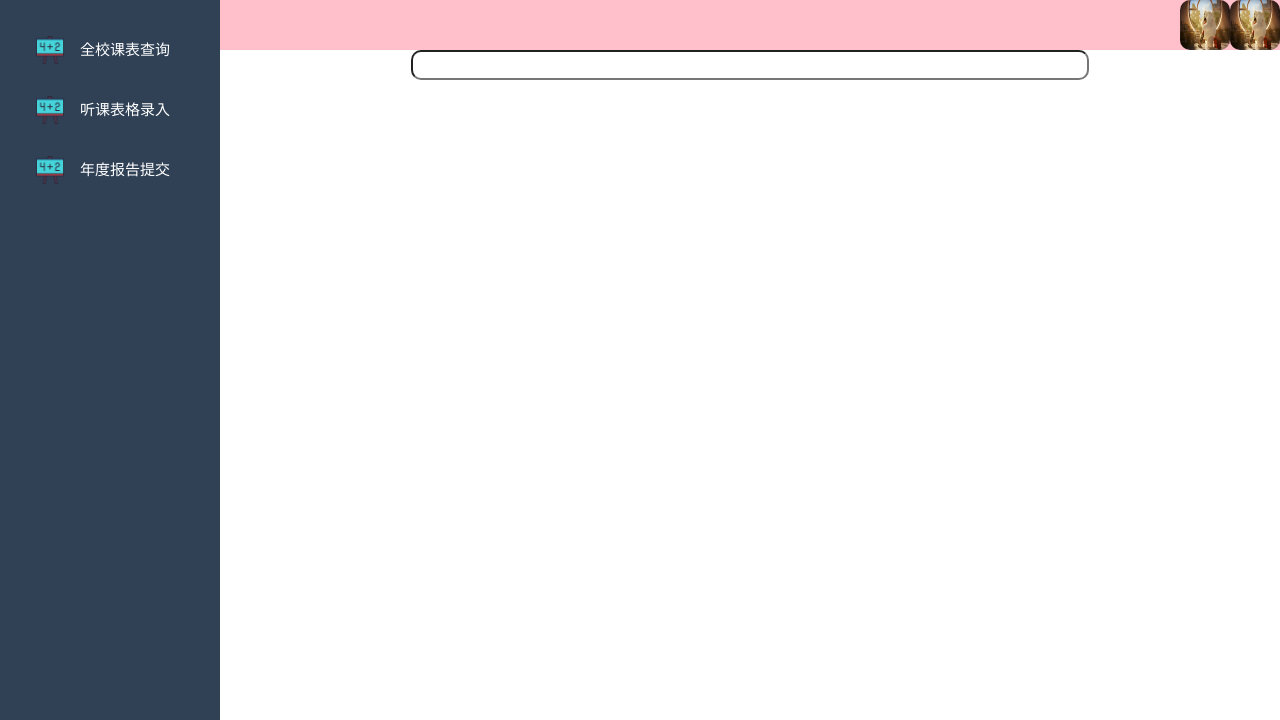
Repository: shandamengcheng/graduate-project
Page: /home
An editor plug-in stored every save of this project. The page is shown before and after the next save, followed by the edit.
The browser window is 1280 px wide. The pictures show the whole page.
The project was rebuilt for these pictures with package versions that can differ from the ones it lists, and the page was loaded fresh each time. Also part of the build but not shown: src/views/Login.vue.

Above is the page before, as saved 2021-03-11 17:19:59.

### src/App.vue
<template>
  <div id="app">
    <router-view/>
  </div>
</template>

<style>
* {
  margin: 0;
  padding: 0;
  -webkit-box-sizing: inherit;
  box-sizing: inherit;
}

#app, html, body{
  font-family: Avenir, Helvetica, Arial, sans-serif;
  -webkit-font-smoothing: antialiased;
  -moz-osx-font-smoothing: grayscale;
  text-align: center;
  color: #2c3e50;
  height: 100%;
  overflow: hidden;
}

</style>

### src/router/index.js
import Vue from 'vue'
import VueRouter from 'vue-router'
import Home from '../views/Home.vue'
import Login from '../views/Login.vue';
import Search from '../components/Search.vue';

Vue.use(VueRouter)

const routes = [
  {
    path: '/',
    name: 'Login',
    component: Login
  },
  {
    path: '/home',
    name: Home,
    component: Home,
    children:[
      {
        path: '/',
        name: 'Search',
        component: Search,
      },
      {
        path: 'search',
        name: 'Search',
        component: Search,
      }
    ]
  }
]

const router = new VueRouter({
  mode: 'history',
  base: process.env.BASE_URL,
  routes
})

export default router

### src/views/Home.vue
<template>
  <div class="home">
    <SideBar />
    <div class="main">
      <NavigationBar />
      <router-view />
      <!-- <Search /> -->
    </div>
  </div>
</template>

<script>
// @ is an alias to /src
import Login from "@/views/Login";
import SideBar from "@/components/SideBar";
import NavigationBar from "@/components/NavigationBar";
import Search from "@/components/Search";

export default {
  name: "Home",
  components: {
    Login,
    SideBar,
    NavigationBar,
    Search,
  },
};
</script>

<style scoped>
.home {
  min-height: 100%;
  width: 100%;
  display: flex;
  flex-direction: row;
  /* background-color: #2d3a4b;
    color: white; */
  overflow: hidden;
}
.main {
  width: calc(100% - 220px);
  min-width: 600px;
}
</style>

### src/components/Search.vue
<template>
  <div class="Search">
    <input type="search" />
  </div>
</template>

<script>
export default {
  name: "Search",
};
</script>

<style scoped>
.Search {
  width: 80%;
  margin: auto;
  height: 30px;
}
.Search input {
  display: block;
  width: 80%;
  height: 100%;
  margin: auto;
  border-radius: 10px;
  outline: none;
  font-size: 20px;
  padding: 0 5px;
  box-sizing: border-box;
}
</style>

### src/components/SideBar.vue
<template>
  <div class="sidebar">
    <SideBarItem>
      <img src="@/assets/class.png">
      <div>全校课表查询</div>
    </SideBarItem>
    <SideBarItem>
      <img src="@/assets/class.png">
      <div>听课表格录入</div>
    </SideBarItem>
    <SideBarItem>
      <img src="@/assets/class.png">
      <div>年度报告提交</div>
    </SideBarItem>
  </div>
</template>

<script>
import SideBarItem from "@/components/SideBarItem";

export default {
  name: "SideBar",
  components: {
    SideBarItem,
  },

}
</script>

<style scoped>
.sidebar {
  width: 220px;
  min-width: 220px;
  height: 100vh;
  background: #304156;
  color: white;
  font-size: 15px;
  text-align: center;
  display: flex;
  flex-direction: column;
  padding-top: 20px;
}
</style>

### src/components/NavigationBar.vue
<template>
  <div class="navbar">
    <img src="@/assets/bai.jpg" class="avatar-img">
    <img src="@/assets/bai.jpg" class="avatar-submenu">
  </div>
</template>

<script>
export default {
  name: "NavigationBar",
}
</script>

<style scoped>
.navbar {
  width: 100%;
  height: 50px;
  background: pink;
  display: flex;
  justify-content: flex-end;
}
.navbar img {
  display: inline-block;
  height: 100%;
  width: 50px;
  border-radius: 10px;
}
</style>

### src/components/SideBarItem.vue
<template>
  <div class="sidebar-item" @click="showSearchView">
    <slot>默认列表项</slot>
  </div>
</template>

<script>
export default {
  name: "SideBarItem",
  methods: {
    showSearchView: function() {
      this.$router.push('/home/search');
    }
  }
}
</script>

<style scoped>
.sidebar-item {
  height: 60px;
  padding: 0 10px;
  line-height: 60px;
  border: none;
  outline: none;
  cursor: pointer;
  display: flex;
  justify-content: center;
}
.sidebar-item img {
  /* display: inline-block; */
  align-self: center;
  height: 50%;
  vertical-align: middle;
  width: 15%;
  /* margin-right: 5px; */
}
.sidebar-item div {
  width: 60%;
  /* display: inline-block; */
}
</style>

Loaded but not shown: public/index.html (common file); src/main.js (common file); src/store/index.js (common file)

After the next save:
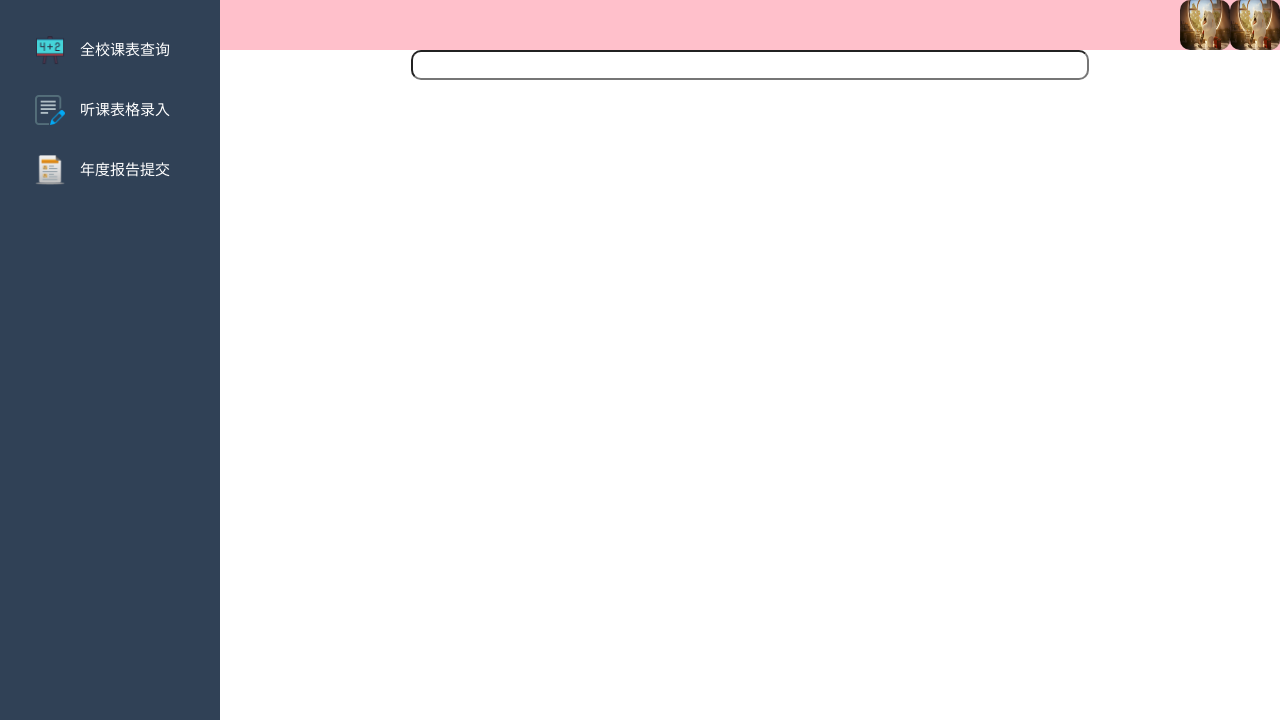
Saved 46 s later.
--- a/src/components/SideBar.vue
+++ b/src/components/SideBar.vue
@@ -5,11 +5,11 @@
       <div>全校课表查询</div>
     </SideBarItem>
     <SideBarItem>
-      <img src="@/assets/class.png">
+      <img src="@/assets/sheet.png">
       <div>听课表格录入</div>
     </SideBarItem>
     <SideBarItem>
-      <img src="@/assets/class.png">
+      <img src="@/assets/report.png">
       <div>年度报告提交</div>
     </SideBarItem>
   </div>
